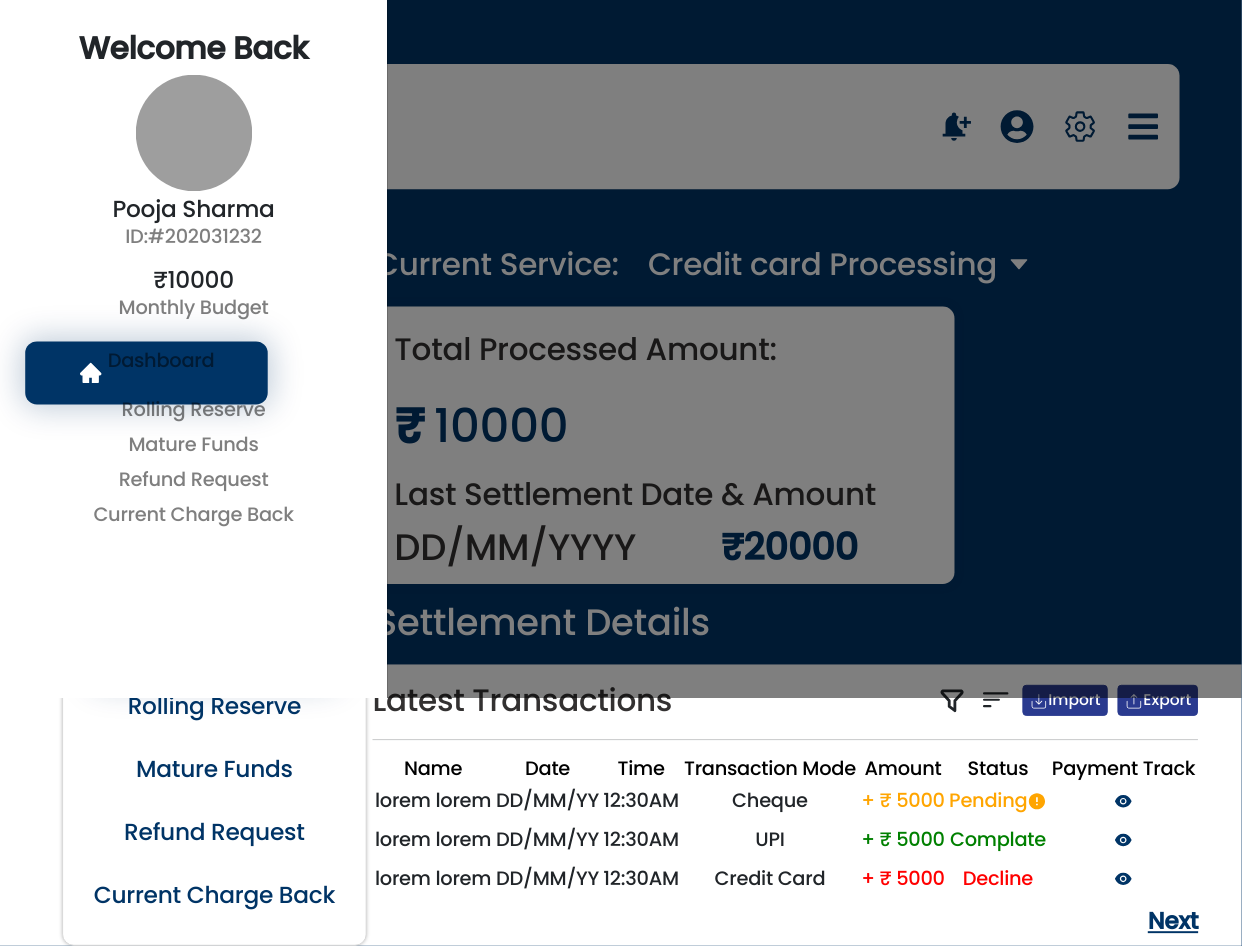
Repository: FlyweisReact/Prashant
Page: /dashboard, after clicking the first element matching `svg.bars`
These files come from the project's save history. The page is drawn as it stood at one moment and after the next save; the edit follows.
The browser window is 1280 px wide. The pictures show the whole page, at 97% of full size.
Pictures or frames that could not be fetched are drawn as grey boxes. Some web libraries are served in a nearby version. The project was rebuilt for these pictures with package versions that can differ from the ones it lists, and the page was loaded fresh each time. Also part of the build but not shown: src/Pages/CryptoPayment.jsx, src/Pages/CurrentCharge.jsx, src/Styles/Login.module.css, src/Components/Login/LoginFirstSection.jsx, src/Components/Login/LoginMainSection.jsx, src/Pages/Login.jsx, src/Pages/MatureFund.jsx, src/Pages/OpenBanking.jsx and 12 more.

Above is the page before, as saved 2023-03-23 18:02:15.

### public/index.html
<!DOCTYPE html>
<html lang="en">
  <head>
    <meta charset="utf-8" />
    <link rel="icon" href="%PUBLIC_URL%/favicon.ico" />
    <meta name="viewport" content="width=device-width, initial-scale=1" />
    <meta name="theme-color" content="#000000" />
    <meta
      name="description"
      content="Web site created using create-react-app"
    />
    <link rel="apple-touch-icon" href="%PUBLIC_URL%/logo192.png" />
    <link rel="manifest" href="%PUBLIC_URL%/manifest.json" />
    <title>React App</title>
  </head>
  <body>
    <noscript>You need to enable JavaScript to run this app.</noscript>
    <div id="root"></div>
  </body>
  <style>
    @import url("https://fonts.googleapis.com/css2?family=Lilita+One&family=PT+Sans&family=Poppins:wght@500&display=swap");
  </style>
  <script src="https://kit.fontawesome.com/b533b351e4.js" crossorigin="anonymous"></script>
</html>

### src/App.css
/** @format */

.App {
  text-align: center;
}

.App-logo {
  height: 40vmin;
  pointer-events: none;
}
.font-poppins {
  font-family: "Poppins";
}

@media (prefers-reduced-motion: no-preference) {
  .App-logo {
    animation: App-logo-spin infinite 20s linear;
  }
}

.App-header {
  background-color: #282c34;
  min-height: 100vh;
  display: flex;
  flex-direction: column;
  align-items: center;
  justify-content: center;
  font-size: calc(10px + 2vmin);
  color: white;
}

.App-link {
  color: #61dafb;
}

@keyframes App-logo-spin {
  from {
    transform: rotate(0deg);
  }
  to {
    transform: rotate(360deg);
  }
}


/* Normal Css */
.NotificationModal .NotificationModalFirst{
    margin-top: 5px;
    display: flex;
    align-items: center;
    justify-content: space-between;
}
 .NotificationModal .NotificationModalFirst h1{
font-family: 'Poppins';
font-style: normal;
font-weight: 500;
font-size: 24px;
line-height: 18px;
letter-spacing: -0.28px;
color: #000000;
}

.NotificationModal .close {
  position: relative;
  width: 100%;
  height: 40px;
}
.NotificationModal .fa-x{
  position: absolute;
  right: 0px;
  font-size: 22px;
  cursor: pointer;
}
.NotificationModal p{
  font-family: 'Poppins';
  font-style: normal;
  font-weight: 500;
  font-size: 20px;
  line-height: 18px;
  letter-spacing: -0.28px;
  color: #000000;
}

.NotificationModal .NotificationDiv div h1{
  font-family: 'Poppins';
font-style: normal;
font-weight: 400;
font-size: 16px;
line-height: 18px;
letter-spacing: -0.28px;
width: 70%;
}
.NotificationModal .NotificationDiv div p{
  font-family: 'Poppins';
font-style: normal;
font-weight: 300;
font-size: 10px;
line-height: 18px;
letter-spacing: -0.28px;

color: rgba(0, 0, 0, 0.5);
}
.NotificationModal .NotificationDiv div div{
  display: flex;
  justify-content: space-between;
  align-items: center;
}
.NotificationModal .NotificationDiv div div p{
  font-family: 'Poppins';
font-style: normal;
font-weight: 400;
font-size: 12px;
line-height: 18px;
letter-spacing: -0.28px;
margin: 0;
color: rgba(0, 0, 0, 0.5);
}
.NotificationModal .Time{
  font-family: 'Poppins';
  font-style: normal;
  font-weight: 400;
  font-size: 12px;
  line-height: 18px;
  letter-spacing: -0.28px;
  color:  #003466;
}

.NotificationModal .NotificationDiv{
  display: flex;
align-items: center;
gap: 20px;
}
.NotificationModal .NotificationDiv div img{
  width: 60px;
height: 60px;
border-radius: 50%;
}

.modal.fade .modal-dialog .modal-content{
  border-radius: 0px;
}

/* .bars{
  display: none;
} */




.offSideBarMain {
padding: 10px;
text-align: center;
}
.offSideBarMain  h1{
  text-align: center;
  font-family: 'Poppins';
font-style: normal;
font-weight: 700;
font-size: 32px;
margin-top: 5px;
letter-spacing: -0.28px;
}
.offSideBarMain  div{
  width: 100%;
}
.offSideBarMain  div div{
  text-align: center;
}
.offSideBarMain .upper img{
  width: 120px;
height: 120px;
  border-radius: 50%;
}
.offSideBarMain  div div h1{
  font-family: 'Poppins';
font-style: normal;
font-weight: 500;
font-size: 24px;
letter-spacing: -0.28px;
}
.offSideBarMain  div div p{
  font-family: 'Poppins';
font-style: normal;
margin-top: -10px;
font-weight: 300;
font-size: 20px;
line-height: 30px;
letter-spacing: -0.28px;
color: rgba(0, 0, 0, 0.5);
}
.offSideBarMain .TotalBudgetDiv{
  display: flex;
  align-items: center;
  gap: 20px;
  margin: 15px;
}


.offSideBarMain .LinkBox{
  display: flex;
  flex-direction: column;
  margin-top: 20px;
}
.offSideBarMain .LinkBox a{
  text-decoration: none;
}
.offSideBarMain .active{
  width: 250px;
  height: 65px;
  padding-left: 10px;
  padding-right: 10px;
  background: #003466;
  box-shadow: 0px 0px 32px 4px rgba(0, 52, 102, 0.25);
  border-radius: 12px;
  display: flex;
  color: white;
  justify-content: center;
  align-items: center;
  gap: 5px;

}
.of
.offSideBarMain .unactive{
  width: 250px;
  height: 65px;
  display: flex;

  color:#003466;
  justify-content: center;
  align-items: center;
  gap: 5px;
}
.offSideBarMain .unactive,.active p{
  font-family: 'Poppins';
font-style: normal;
font-weight: 500;
font-size: 24px;
line-height: 36px;
letter-spacing: -0.28px;
}











/* Media Query */
@media (max-width: 780px) {
  .Login_MainDiv__AWrd2 {
    display: block !important;
  }
  .Login_MainDiv__AWrd2 > div {
    width: 100% !important;
    height: 700px !important;
  }
  .Login_LoginMainSection__Yyq5T > div {
    width: 100% !important;
    border-radius: 0px !important;
    box-shadow: none !important;
  }

  .Register_RegisterMainDiv__Hok-C {
    display: block !important;
    width: 100% !important;
  }

  .Register_RegisterFirstSection__0bCb6 > p {
    text-align: center;
    display: block;
    width: 500px;
  }

  .myHr {
    max-width: 400px !important;
    margin: auto !important;
    display: block !important;
  }
  .smallImage {
    width: 100% !important;
  }
  .Register_RegisterMainDiv__Hok-C > div:first-child {
    width: 100% !important;
  }
  .Register_RegisterMainDiv__Hok-C > div:last-child {
    width: 100% !important;
  }
  .Register_InputBoxMain__6Dvtf {
    margin-left: 60px;
  }

  .Register_RegisterTitle__dGsqQ {
    justify-content: center;
  }

  .RegisterTwo_RegisterMainDiv__Oc9\+U {
    display: block !important;
  }
  .RegisterTwo_RegisterMainDiv__Oc9\+U > div:first-child {
    width: 100% !important;
  }

  .RegisterTwo_RegisterMainDiv__Oc9\+U > div:last-child {
    width: 100% !important;
  }

    .bars{
      display: block;
    }
}

### src/Routes/AllRoutes.jsx
import React from "react";
import { Route, Routes } from "react-router-dom";
import { CryptoPayment } from "../Pages/CryptoPayment";
import { CurrentCharge } from "../Pages/CurrentCharge";
import { Dashboard } from "../Pages/Dashboard";
import { Login } from "../Pages/Login";
import { MatureFund } from "../Pages/MatureFund";
import { OpenBanking } from "../Pages/OpenBanking";
import { OtpPage } from "../Pages/OtpPage";
import { Profile } from "../Pages/Profile";
import { RefundRequest } from "../Pages/RefundRequest";
import { Register } from "../Pages/Register";
import { RegisterTwo } from "../Pages/RegisterTwo";
import { RollingReserve } from "../Pages/RollingReserve";

export const AllRoutes = () => {
  return (
    <Routes>
      <Route path="/" element={<Login />} />
      <Route path="/verify-otp" element={<OtpPage />} />
      <Route path="/dashboard" element={<Dashboard />} />
      <Route path="/register" element={<Register />} />
      <Route path="/detail-register" element={<RegisterTwo />} />
      <Route path="/profile" element={<Profile />} />
      <Route path="/rolling-reserve" element={<RollingReserve />} />
      <Route path="/mature-fund" element={<MatureFund />} />
      <Route path="/refund-request" element={<RefundRequest />} />
      <Route path="/current-charge" element={<CurrentCharge />} />
      <Route path="open-banking-service" element={<OpenBanking />} />
      <Route path="/crypto-payment-proccessing" element={<CryptoPayment />} />
    </Routes>
  );
};

### src/Components/SideBar.jsx
import React from "react";
import { AiFillHome } from "react-icons/ai";
import { Link, useLocation } from "react-router-dom";
import styles from "../Styles/SideBar.module.css";
export const SideBar = () => {
  const { pathname } = useLocation();
  return (
    <div className={styles.SideBarMain}>
      <h1>Welcome Back</h1>
      <div>
        <div>
          <img
            src="https://th.bing.com/th/id/OIP.2i5UaEHaQM3PYAYXQyM1AAAAAA?pid=ImgDet&rs=1"
            alt="img"
          />
          <h1>Pooja Sharma</h1>
          <p>ID:#202031232</p>
          <div className={styles.TotalBudgetDiv}>
            <h1>&#x20b9;</h1>
            <h1>10000</h1>
          </div>
          <p>Monthly Budget</p>
        </div>
      </div>
      <div className={styles.LinkBox}>
        <Link to={"/dashboard"}>
          <div
            className={
              pathname === "/dashboard" ? styles.active : styles.unactive
            }
          >
            <AiFillHome size={25} />
            <p>Dashboard</p>
          </div>
        </Link>
        <Link to={"/rolling-reserve"}>
          <div
            className={
              pathname === "/rolling-reserve" ? styles.active : styles.unactive
            }
          >
            <p>Rolling Reserve</p>
          </div>
        </Link>
        <Link to={"/mature-fund"}>
          <div
            className={
              pathname === "/mature-fund" ? styles.active : styles.unactive
            }
          >
            <p>Mature Funds</p>
          </div>
        </Link>
        <Link to={"/refund-request"}>
          <div
            className={
              pathname === "/refund-request" ? styles.active : styles.unactive
            }
          >
            <p>Refund Request</p>
          </div>
        </Link>
        <Link to={"/current-charge"}>
          <div
            className={
              pathname === "/current-charge" ? styles.active : styles.unactive
            }
          >
            <p>Current Charge Back</p>
          </div>
        </Link>
      </div>
    </div>
  );
};

### src/Components/TotalAmountSection.jsx
import React from "react";
import styles from "../Styles/TotalAmountSection.module.css";
export const TotalAmountSection = () => {
  return (
    <div className={styles.MainDiv}>
      <h1>Total Processed Amount:</h1>
      <div className={styles.TotalBudgetDiv}>
        <h1>&#x20b9;</h1>
        <h1>10000</h1>
      </div>
      <h1>Last Settlement Date & Amount</h1>
      <div className={styles.DateSection}>
        <div>
          <p>DD/MM/YYYY</p>
          <h2>&#x20b9;{20000}</h2>
        </div>
      </div>
    </div>
  );
};

### src/Components/CardProccessingModal.jsx
import React from "react";
import { MdOutlineClose } from "react-icons/md";
import { Link } from "react-router-dom";
import styles from "../Styles/CardProccessingModal.module.css";
export const CardProccessingModal = ({ OpenModal, HandleModal }) => {
  console.log(OpenModal);
  return (
    <div className={OpenModal ? styles.modalVisible : styles.modal}>
      <div className={styles.ModalMainDiv}>
        <MdOutlineClose
          onClick={() => HandleModal()}
          size={25}
          className={styles.CloseICon}
        />
        <div>
          <Link to={""}>Credit Card Processing</Link>
          <hr />
          <Link to={"/open-banking-service"}>Open Banking Service</Link>
          <hr />
          <Link to={"/crypto-payment-proccessing"}>
            Crypto payment processing
          </Link>
        </div>
      </div>
    </div>
  );
};

### src/Components/DeclineModal.jsx
import React from "react";
import { MdOutlineClose } from "react-icons/md";
import styles from "../Styles/DeclineModal.module.css";
import { IoMdCheckmarkCircle } from "react-icons/io";
import { RiErrorWarningFill } from "react-icons/ri";
import { BsCircleFill } from "react-icons/bs";
export const DeclineModal = ({ OpenModal, HandleModal }) => {
  return (
    <div className={OpenModal ? styles.modalVisible : styles.modal}>
      <div className={styles.ModalMainDiv}>
        <MdOutlineClose
          onClick={() => HandleModal()}
          size={25}
          className={styles.CloseICon}
        />
        <div>
          <h1>Payment Details</h1>
          <hr style={{ height: "4px", background: "white" }} />
          <div className={styles.paymentDetailMainDiv}>
            <div className={styles.PaymentDetails}>
              <div>
                <p>Transaction ID:</p>
                <p>545454545</p>
              </div>
              <div>
                <p>To:</p>
                <p>Loren loren Epsom ( Company Name)</p>
              </div>
              <div>
                <p>From:</p>
                <p>Loren loren Epsom (Merchant Company)</p>
              </div>
              <div>
                <p>Transaction Mode:</p>
                <p>Card</p>
              </div>
            </div>
            <div className={styles.paymentTimeline}>
              <p>Payment Timeline</p>
              <div>
                <div className={styles.VerticalLine}></div>
                <div className={styles.PaymentStatus}>
                  <IoMdCheckmarkCircle
                    size={25}
                    className={styles.Icons}
                    color="green"
                  />
                  <p>Payment Started</p>
                </div>
                <div className={styles.PaymentStatus}>
                  <RiErrorWarningFill
                    size={25}
                    className={styles.Icons}
                    color="red"
                  />
                  <p>Payment Failed To complete</p>
                </div>
                <div className={styles.PaymentStatus}>
                  <BsCircleFill
                    size={25}
                    className={styles.Icons}
                    color="white"
                  />
                  <p>Payment Successful</p>
                </div>
              </div>
              <hr />
              <div className={styles.ReasonsDiv}>
                <p>Reason:</p>
                <p> Account Coded (Credit Rating) </p>
              </div>
              <div className={styles.ReasonsDiv}>
                <p>Code:</p>
                <p> 505 </p>
              </div>
              <div className={styles.ReasonsDiv}>
                <p>Description:</p>
                <p>
                  {" "}
                  The account the customer used for the attempted transaction
                  has a negative credit rating.{" "}
                </p>
              </div>
            </div>
          </div>
        </div>
      </div>
    </div>
  );
};

### src/Styles/SideBar.module.css
.SideBarMain{
    position: absolute;
    width: 314px;
/* height: 789px; */
left: 25%px;
top: 35%;
background: #FFFFFF;
border: 1px solid #D9D9D9;
box-shadow: 0px 0px 4px rgba(0, 0, 0, 0.25);
border-radius: 12px;
padding: 10px;
}
.SideBarMain>h1{
    text-align: center;
    font-family: 'Poppins';
font-style: normal;
font-weight: 700;
font-size: 32px;
margin-top: 5px;
letter-spacing: -0.28px;
}
.SideBarMain>div{
    width: 100%;
    display: flex;
    align-items: center;
    justify-content: center;
}
.SideBarMain>div>div{
    text-align: center;
}
.SideBarMain>div>div>img{
    width: 120px;
height: 121px;
    border-radius: 50%;
}
.SideBarMain>div>div>h1{
    font-family: 'Poppins';
font-style: normal;
font-weight: 500;
font-size: 24px;
letter-spacing: -0.28px;
}
.SideBarMain>div>div>p{
    font-family: 'Poppins';
font-style: normal;
margin-top: -10px;
font-weight: 300;
font-size: 20px;
line-height: 30px;
letter-spacing: -0.28px;
color: rgba(0, 0, 0, 0.5);
}
.TotalBudgetDiv{
    display: flex;
    align-items: center;
    gap: 20px;
    margin: 15px;
}
.TotalBudgetDiv>h1:first-child{
    font-family: 'Poppins';
font-style: normal;
font-weight: 700;
font-size: 48px;
line-height: 72px;
letter-spacing: -0.28px;
}
.TotalBudgetDiv>h1{
    font-family: 'Poppins';
    font-style: normal;
    font-weight: 500;
    font-size: 48px;
    line-height: 72px;
    margin: 0;
    letter-spacing: -0.28px;
}
.LinkBox{
    display: flex;
    flex-direction: column;
    margin-top: 20px;
}
.LinkBox>a{
    text-decoration: none;
}
.active{
    width: 250px;
    height: 65px;
    padding-left: 10px;
    padding-right: 10px;
    background: #003466;
    box-shadow: 0px 0px 32px 4px rgba(0, 52, 102, 0.25);
    border-radius: 12px;
    display: flex;
    color: white;
    justify-content: center;
    align-items: center;
    gap: 5px;

}
.unactive{
    width: 250px;
    height: 65px;
    display: flex;

    color:#003466;
    justify-content: center;
    align-items: center;
    gap: 5px;
}
.unactive,.active >p{
    font-family: 'Poppins';
font-style: normal;
font-weight: 500;
font-size: 24px;
line-height: 36px;
letter-spacing: -0.28px;
}

### src/Styles/TotalAmountSection.module.css
.MainDiv{
    display:flex;
    flex-direction: column;
    margin-top: 20px;
    width: 72%;
height: 286px;
background: #FFFFFF;
box-shadow: 0px 0px 10px rgba(0, 52, 102, 0.3);
border-radius: 12px;
}
.MainDiv>h1{
    font-family: 'Poppins';
    font-style: normal;
    font-weight: 500;
    font-size: 32px;
    line-height: 48px;
    letter-spacing: -0.28px;
    color: #333131;
    margin: 20px;
}
.TotalBudgetDiv{
    display: flex;
    align-items: center;
    gap: 30px;
    margin-left: 20px;
  margin-top: -30px;
  margin-bottom: -40px;
}
.TotalBudgetDiv>h1:first-child{
    font-family: 'Poppins';
font-style: normal;
font-weight: 700;
margin: 0;
font-size: 50px;
line-height: 72px;
letter-spacing: -0.28px;
color: #003466;
}
.TotalBudgetDiv>h1{
    font-family: 'Poppins';
    font-style: normal;
    font-weight: 500;
    font-size: 48px;
    line-height: 72px;
    margin: 0;
    letter-spacing: -0.28px;
    color: #003466;
}
.DateSection>div{
    width: 80%;
    margin-top: -50px;
    /* background-color: rebeccapurple; */
    display: flex;
    justify-content: space-between;
    align-items: center;
    margin-left: 20px;
}
.DateSection>div>p{
   font-family: 'Poppins';
font-style: normal;
font-weight: 500;
font-size: 38px;
line-height: 60px;
/* identical to box height */
margin: 0;
letter-spacing: -0.28px;
color: #333131;
}
.DateSection>div>h2{
    margin: 0;
    font-family: 'Poppins';
font-style: normal;
font-weight: 600;
font-size: 38px;
line-height: 60px;
letter-spacing: -0.28px;
color: #003466;
}

### src/Styles/CardProccessingModal.module.css
.modal{
    display: none;
  position: fixed;
  z-index: 1;
  left: 0%;
  top: 0;
  width: 100%;
  height: 100%;
  overflow: auto;
  background-color: rgb(0,0,0);
  background-color: rgba(0,0,0,0.4);
}
.modalVisible{
    display :block;
    position: fixed;
    z-index: 1;
    left: 0%;
    top: 0;
    width: 100%;
    height: 100%;
    /* margin-bottom: 20px; */
    overflow: auto;
    background-color: rgb(0,0,0);
    background-color: rgba(0,0,0,0.4);
}
.CloseICon{
    position: absolute;
    right: 3%;
    top: 5%;
    cursor: pointer;
}
.MainTitle{
    display: flex;
    border: 1px solid blue;
}
.ModalMainDiv{
    position:absolute;
    margin: auto;
    /* width: 435px; */
height: 221px;
background: #FFFFFF;
border-radius: 4px;

    top: 38%;
    left: 60%;

}
.ModalMainDiv>div{
    margin: 30px;
}
.ModalMainDiv>div>a{
    text-decoration: none;
    height: 50px;
    font-family: 'Poppins';
font-style: normal;
font-weight: 500;
font-size: 32px;
line-height: 40px;
letter-spacing: -0.28px;

color: #333333;
}

### src/Styles/DeclineModal.module.css
.modal{
    display: none;
  position: fixed;
  z-index: 1;
  left: 0%;
  top: 0;
  width: 100%;
  height: 100%;
  overflow: auto;
  background-color: rgb(0,0,0);
  background-color: rgba(0,0,0,0.4);
}
.modalVisible{
    display :block;
    position: fixed;
    z-index: 1;
    left: 0%;
    top: 0;
    width: 100%;
    height: 100%;
    /* margin-bottom: 20px; */
    overflow: auto;
    background-color: rgb(0,0,0);
    background-color: rgba(0,0,0,0.4);
}
.CloseICon{
    position: absolute;
    right: 3%;
    top: 3%;
    cursor: pointer;
    color: white;
}
.MainTitle{
    display: flex;
    border: 1px solid blue;
}
.ModalMainDiv{
    position:absolute;
    margin: auto;
width: 980px;

left: 20%;
top: 8%;

background: #003466;


}
.ModalMainDiv>div{
    margin: 30px;
}
.ModalMainDiv>div>h1{
    font-family: 'Poppins';
    font-style: normal;
    font-weight: 600;
    font-size: 24px;
    line-height: 29px;
    letter-spacing: -0.28px;
    color: #FFFFFF;
}
.paymentDetailMainDiv{
    display: flex;
    gap: 20px;
    margin-top: 20px;
}
.paymentDetailMainDiv>div:first-child{
    width: 50%;
/* height: 426px; */
background: #FFFFFF;
border: 1px solid #D9D9D9;
box-shadow: 0px 0px 4px rgba(0, 0, 0, 0.25);
border-radius: 20px;
}
.paymentDetailMainDiv>div{
    width: 50%;
}

.PaymentDetails>div{
    margin:20px;
    margin-top: 0;
    margin-bottom: 30px;
}

.PaymentDetails>div>p{
    font-family: 'Poppins';
font-style: normal;
margin: 10;
font-weight: 500;
font-size: 20px;
line-height: 24px;
letter-spacing: -0.28px;
color: #003466;
}
.PaymentDetails>div>p:first-child{
    font-weight: 600;
}
.paymentTimeline>p{
    font-family: 'Poppins';
    font-style: normal;
    font-weight: 500;
    font-size: 20px;
    line-height: 24px;
    letter-spacing: -0.28px;
    margin: 0;
    color: #FFFFFF;
}
.paymentTimeline>div{
    position: relative;
}
.PaymentStatus{
    display: flex;
    align-items: center;
    gap: 20px;
}
.PaymentStatus>p{
    font-family: 'Poppins';
font-style: normal;
font-weight: 400;
font-size: 20px;
line-height: 24px;
letter-spacing: -0.28px;
margin-left: 40px;
color: #FFFFFF;
}
.VerticalLine{
    position: absolute;
    border-left:2px dotted white;
    left:3%;
    top: 18%;
    height:130px;
}
.Icons{
    position: absolute;
    left: 0;
}
.ReasonsDiv{
    display: flex;
    gap: 30px;
    margin: 10px;
}

.ReasonsDiv>p:first-child{
    width: 30%;
    font-family: 'Poppins';
    font-style: normal;
    font-weight: 500;
    font-size: 20px;
    line-height: 24px;
    letter-spacing: -0.28px;

    color: #FFFFFF;
    margin: 0;
}
.ReasonsDiv>p:last-child{
    width: 70%;
    font-family: 'Poppins';
    font-style: normal;
    font-weight: 400;
    font-size: 20px;
    line-height: 24px;
    letter-spacing: -0.28px;
    margin: 0;
    color: #FFFFFF;
}
.Note{
    margin-top: 20px;
    width: 128px;
    display: flex;
    justify-content: center;
    align-items: center;
height: 38px;
background: #FFFFFF;
border-radius: 19px;
font-family: 'Poppins';
font-style: normal;
font-weight: 600;
font-size: 24px;
line-height: 29px;
/* identical to box height */

letter-spacing: -0.28px;

color: #003466;

}
.NotesPara{
    width: 100%;
    font-family: 'Poppins';
font-style: normal;
font-weight: 500;
font-size: 19px;
line-height: 24px;
letter-spacing: -0.28px;
color: #FFFFFF;
}

Loaded but not shown: src/index.css (common file); src/reportWebVitals.js (common file); src/index.js (18 lines, source omitted); src/App.js (13 lines, source omitted); src/Components/Dashboard/UserInfoPopUp.jsx (216 lines, source omitted); src/Pages/Dashboard.jsx (184 lines, source omitted); src/Styles/Dashboard.module.css (205 lines, source omitted); src/Components/PaymentPendingModal.jsx (96 lines, source omitted); src/Styles/PaymentPendingModal.module.css (195 lines, source omitted)

After the next save:
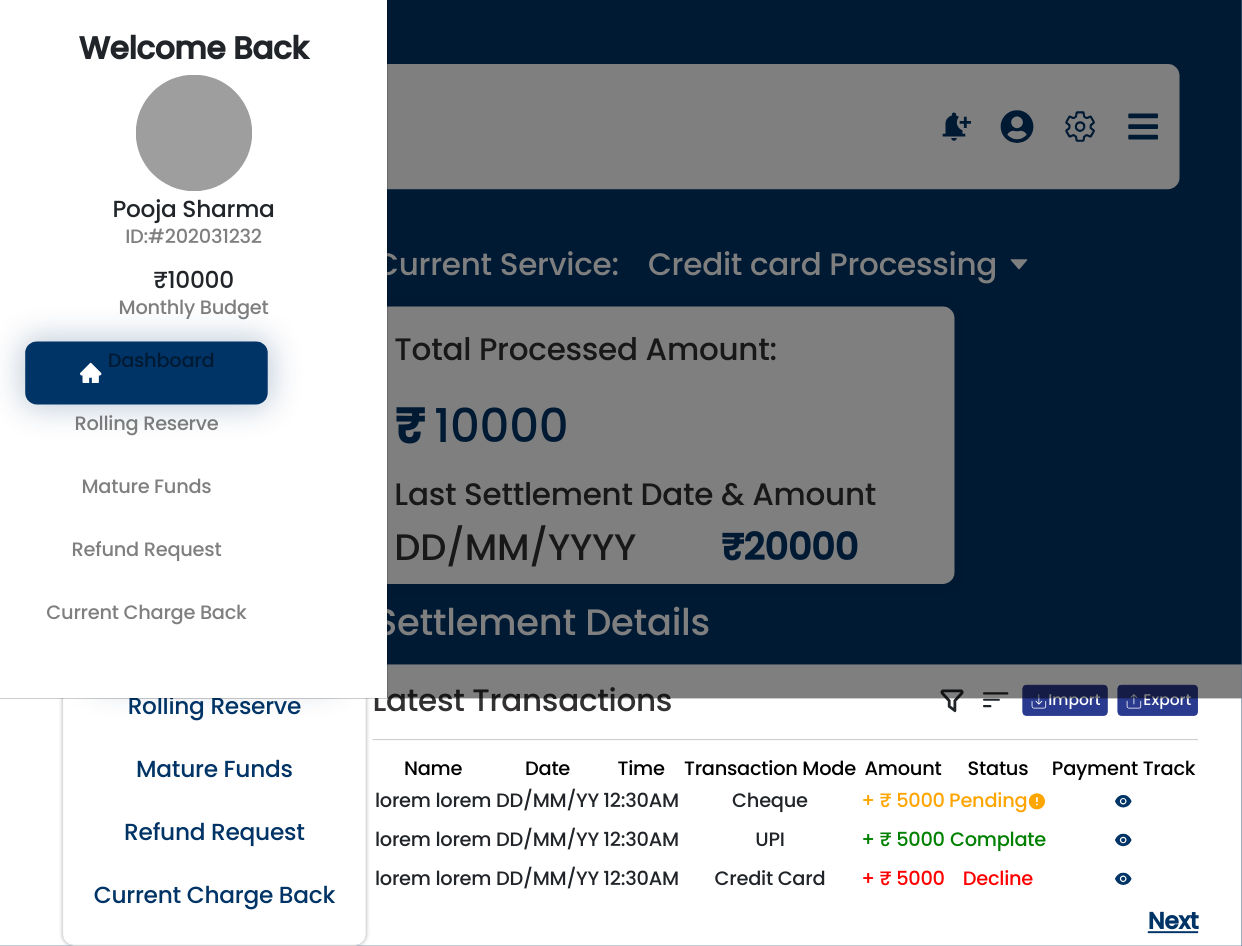
Saved 5 s later.
--- a/src/App.css
+++ b/src/App.css
@@ -219,7 +219,9 @@ color: rgba(0, 0, 0, 0.5);
   gap: 5px;
 
 }
-.of
+.offSideBarMain .ruppes{
+  text-align: center;
+}
 .offSideBarMain .unactive{
   width: 250px;
   height: 65px;
